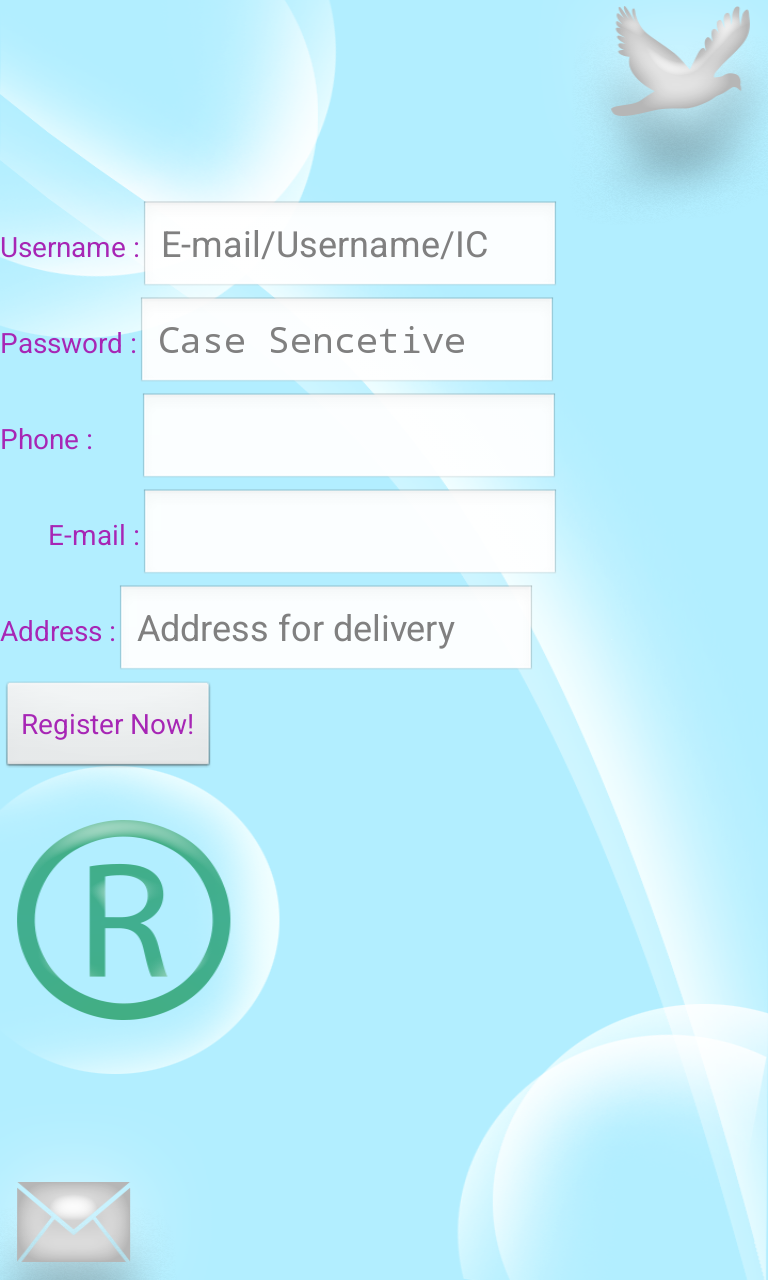
Repository: JodyCoolit/android
Layout: Delivery/res/layout/activity_signup.xml
The author's editor kept a copy of each file at every save. The layout is drawn from the files as they stood at one save, then again after the next save.
It is drawn on a 768 x 1280 px phone screen (xhdpi) without system bars, with theme android:Theme.Light.NoTitleBar.Fullscreen; the app's code is not run.

Above is the layout before, as saved 2014-08-26 07:02:55.

After the next save:
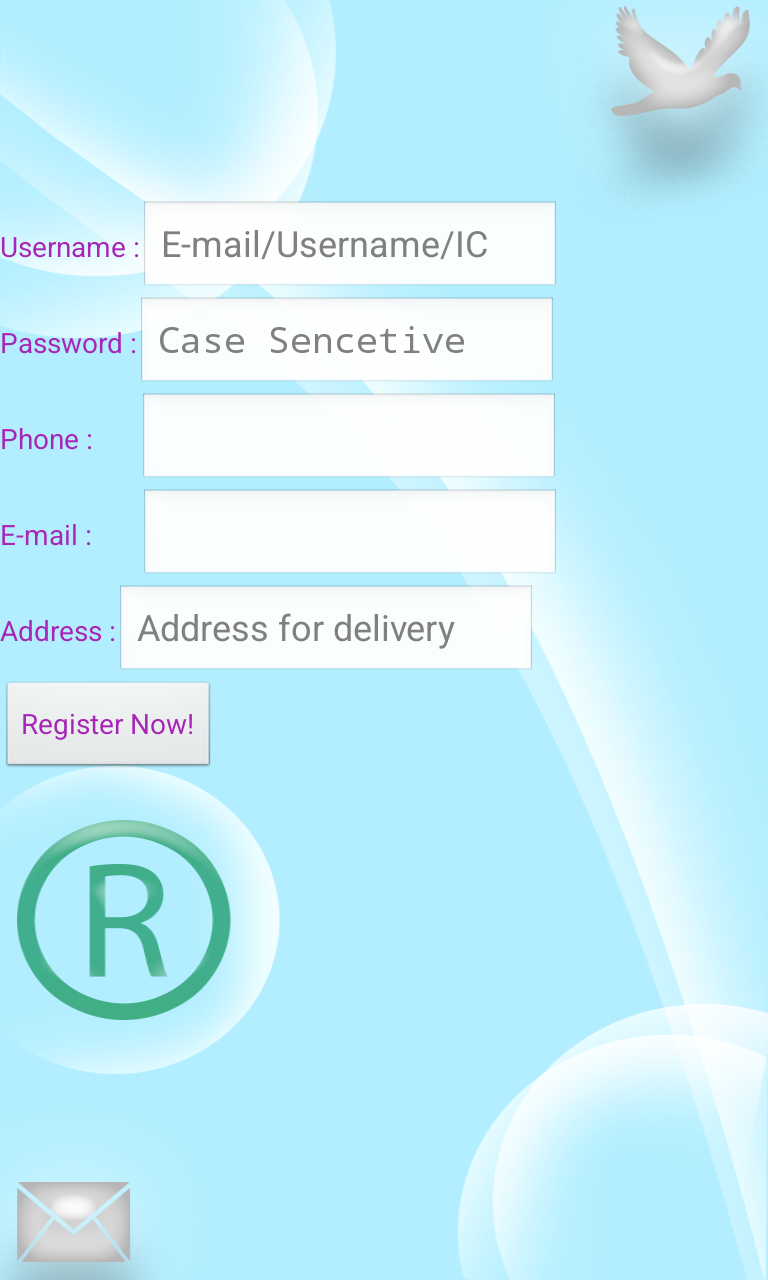
Saved 22 s later.
--- a/Delivery/res/layout/activity_signup.xml
+++ b/Delivery/res/layout/activity_signup.xml
@@ -79,7 +79,6 @@
 	    >
 		 <TextView
 		    android:id="@+id/tv_signup_email"
-		    android:layout_marginLeft="24sp"
 		    android:layout_width="wrap_content"
 		    android:layout_height="wrap_content"
 		    android:text="@string/tv_signup_email"
@@ -87,6 +86,7 @@
 
 		<EditText
 		    android:id="@+id/et_signup_email"
+		    android:layout_marginLeft="24sp"
 		    android:layout_width="wrap_content"
 		    android:layout_height="wrap_content"
 		    android:ems="10"
